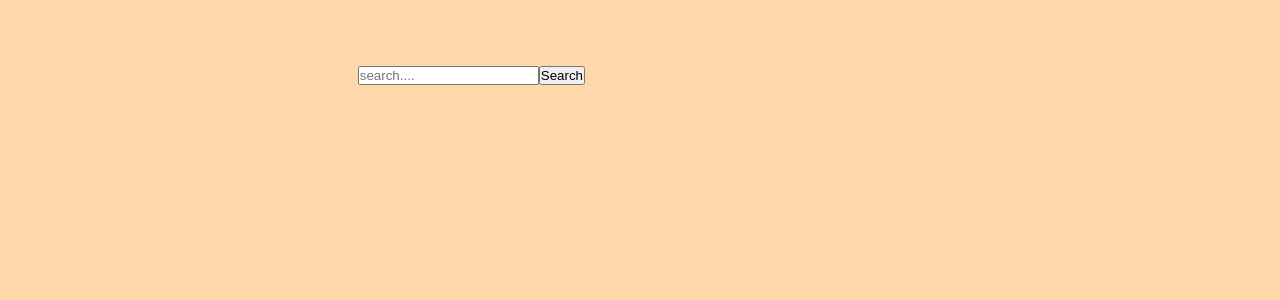
Repository: sandipkarmokar/recipeApp
Page: /
The author's editor kept a copy of each file at every save. The page is drawn from the files as they stood at one save, then again after the next save.
The browser window is 1280 px wide. The pictures show the whole page.
The project was rebuilt for these pictures with package versions that can differ from the ones it lists, and the page was loaded fresh each time.

Above is the page before, as saved 2022-04-15 16:43:58.

### src/App.js
import { useEffect, useStata, useState } from 'react';
import ListView from './components/listView';
import SearchBar from './components/searchBar';
import './App.css';

function App() {
    const [query, setQuery] = useState('');
    const [isLoading, setIsLoading] = useState(true);
    const [recipeIngredients, setRecipeIngredients] = useState([]);
    const [recipeList, setRecipeList] = useState([]);
    const [recipeId, setRecipeId] = useState();
    const [recipe, setRecipe] = useState([]);

    const url = `https://forkify-api.herokuapp.com/api/search?q=${query}`;
    const urlRecipe = `https://forkify-api.herokuapp.com/api/get?rId=${recipeId}`;

    const fetchData = async (e) => {
        e.preventDefault();
        try {
            const response = await fetch(url);
            const data = await response.json();
            setRecipeList(data.recipes);
            setIsLoading(false);
            setQuery('');
        } catch (error) {
            console.log(error);
        }
    };

    const fetchRecipe = async () => {
        try {
            const response = await fetch(urlRecipe);
            const data = await response.json();
            setRecipe(data);
            console.log(recipe, recipeId);
        } catch (error) {
            console.log(error);
        }
    };
    return (
        <div className="app">
            <div className="app-container">
                <SearchBar
                    query={query}
                    setQuery={setQuery}
                    fetchData={fetchData}
                ></SearchBar>
                <ListView
                    recipeList={recipeList}
                    setRecipeId={setRecipeId}
                    fetchRecipe={fetchRecipe}
                ></ListView>
            </div>
        </div>
    );
}

export default App;

### src/components/listView.js
import React from 'react';

const ListView = ({ recipeList, setRecipeId, fetchRecipe }) => {
    console.log(recipeList);
    const handleRecipe = (id) => {
        let numberId = parseInt(id);
        console.log(typeof numberId);
        setRecipeId(id);
        fetchRecipe();
    };

    return (
        <div className="recipeList">
            <div className="recipeList-container">
                {recipeList.map((el) => {
                    console.log(typeof el.recipe_id);
                    return (
                        <>
                            <p>{el.title}</p>
                            <img src={el.image_url} alt="" />
                            <p>{el.recipe_id}</p>
                            <p
                                onClick={() => {
                                    handleRecipe(el.recipe_id);
                                }}
                            >
                                Know More
                            </p>
                        </>
                    );
                })}
            </div>
        </div>
    );
};

export default ListView;

### src/components/searchBar.js
import React from 'react';

const SearchBar = ({ query, setQuery, fetchData }) => {
    return (
        <div className="searchBar">
            <div className="searchBar-container">
                {/* <div className="logo">FooD IT</div> */}
                <form onSubmit={fetchData} className="search">
                    <input
                        type="text"
                        placeholder="search...."
                        value={query}
                        onChange={(e) => setQuery(e.target.value)}
                    />
                    <button type="submit">Search</button>
                </form>
            </div>
        </div>
    );
};

export default SearchBar;

### src/App.css
* {
    margin: 0;
    padding: 0;
    box-sizing: border-box;
}

.app {
    height: 100vh;
    width: 100vw;
    background-color: #fed7aa;
    overflow: hidden;
    padding: 4rem;
}

.app .app-container {
    width: 70%;
    margin: 0 auto;
}
.app .app-container .searchBar {
    width: 70%;
    margin: 0 auto;
}

Loaded but not shown: public/index.html (common file); src/index.js (common file); src/index.css (common file); src/reportWebVitals.js (common file)

After the next save:
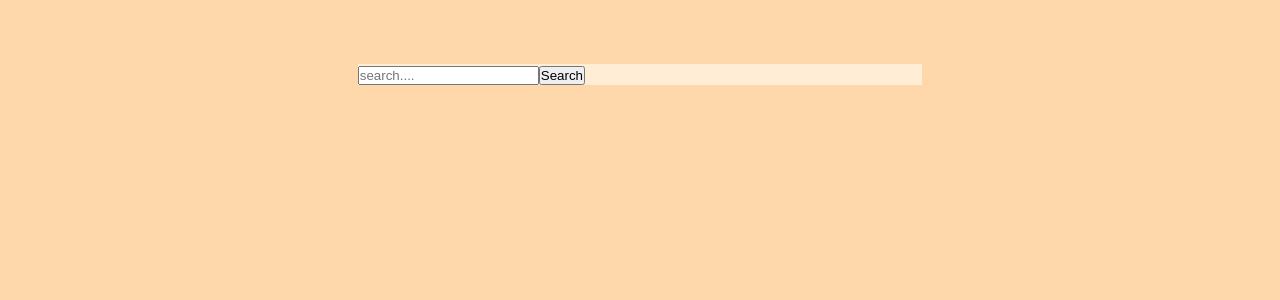
Saved 16 s later.
--- a/src/App.css
+++ b/src/App.css
@@ -19,4 +19,5 @@
 .app .app-container .searchBar {
     width: 70%;
     margin: 0 auto;
+    background-color: #ffedd5;
 }
